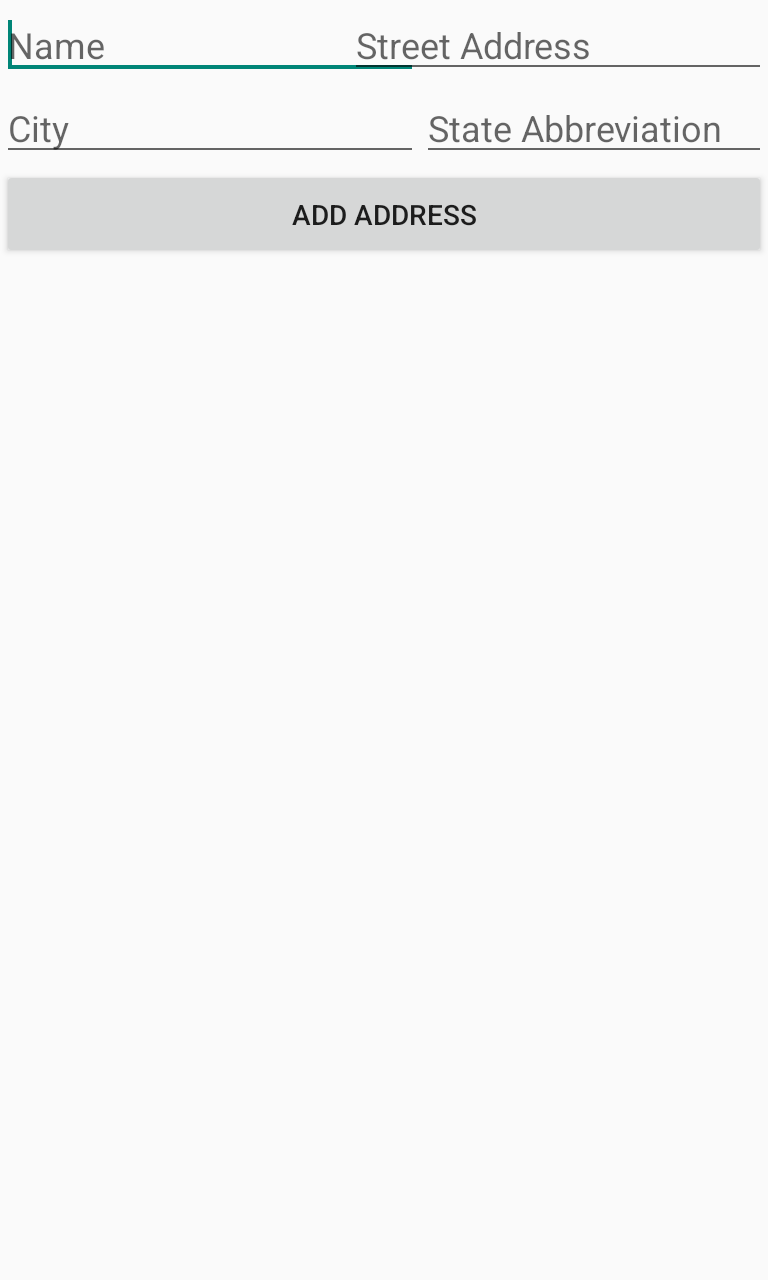
Repository: bhazenstab16/addressbookBMH
Layout: AddressBook/res/layout/activity_main.xml
These files come from the project's save history. The layout is drawn as it stood at one moment and after the next save; the edit follows.
It is drawn on a 768 x 1280 px phone screen (xhdpi) without system bars, with theme AppTheme; the app's code is not run.

Above is the layout before, as saved 2019-10-17 15:39:47.

After the next save:
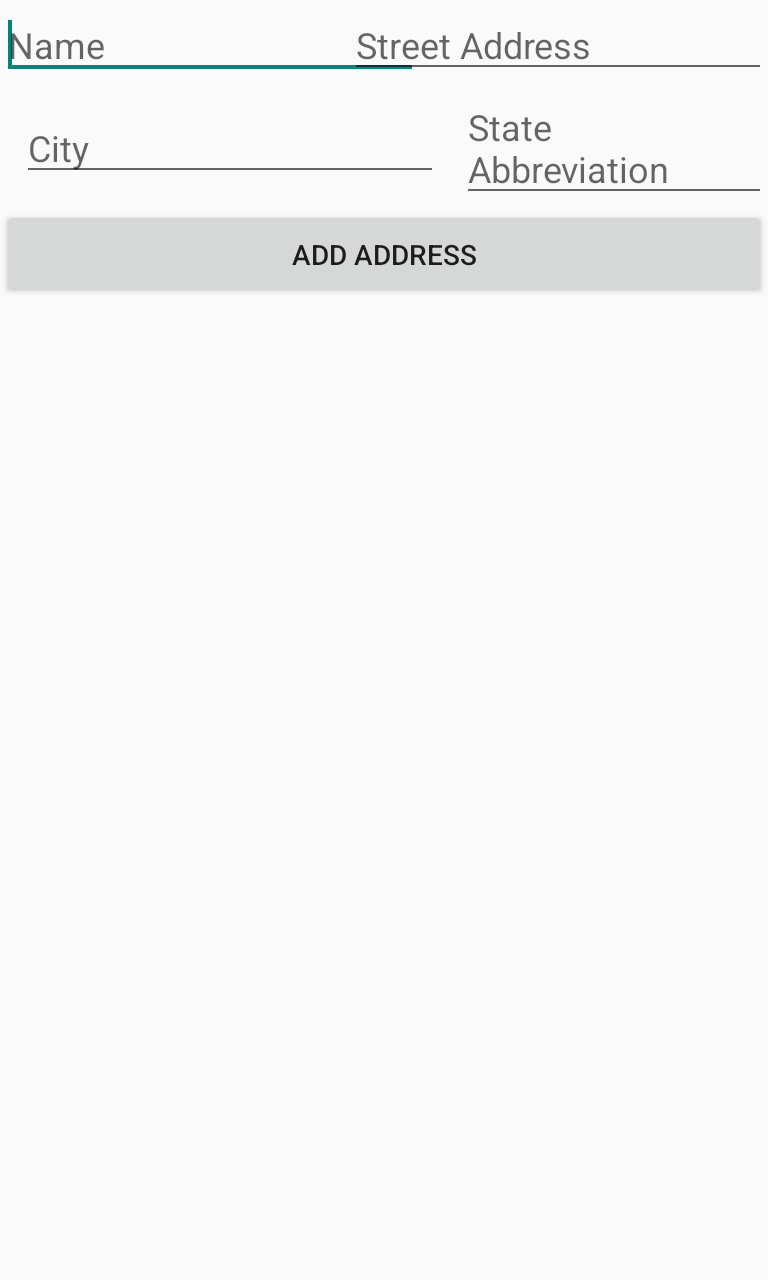
Saved 3 min 3 s later.
--- a/AddressBook/res/layout/activity_main.xml
+++ b/AddressBook/res/layout/activity_main.xml
@@ -25,6 +25,7 @@
         android:layout_height="wrap_content"
         android:layout_alignParentLeft="true"
         android:layout_below="@+id/editTextStreetAddress"
+        android:layout_margin="10dp"
         android:ems="10"
         android:hint="@string/stringHintCity" />
 

After the save that followed:
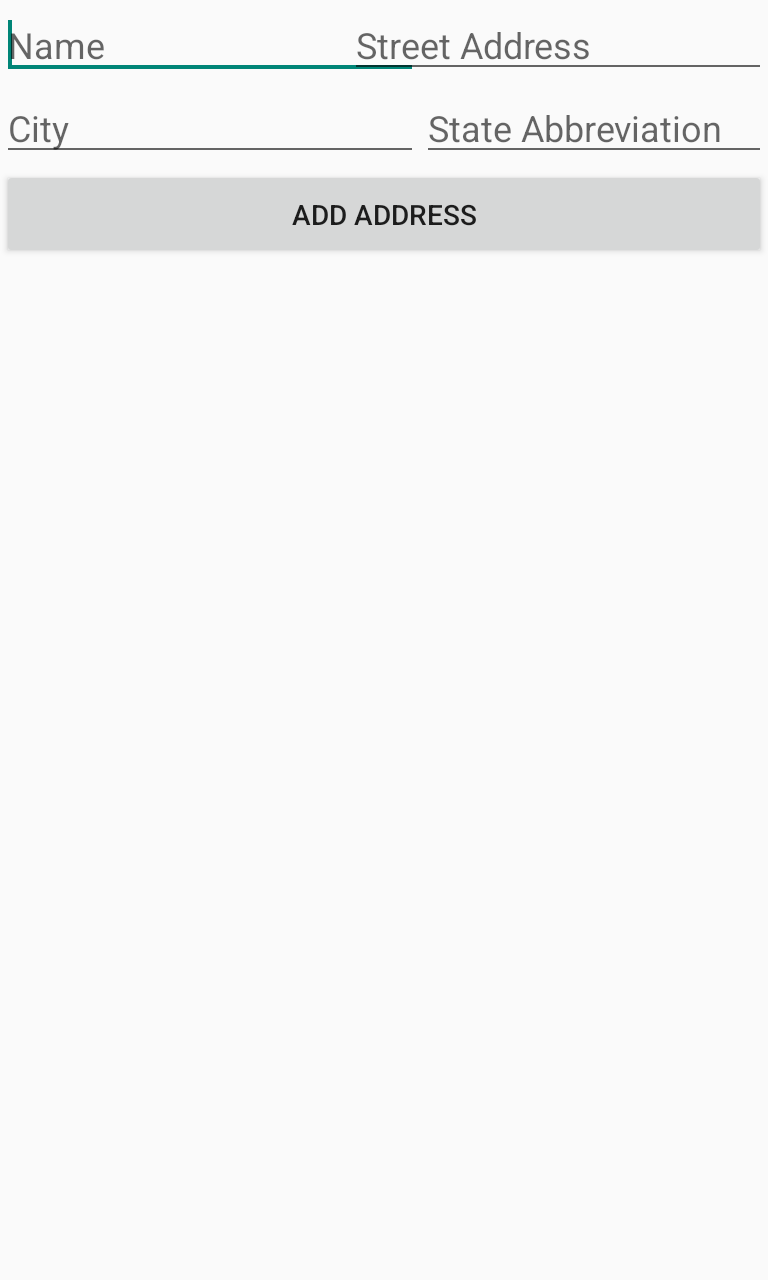
Saved 44 s later.
--- a/AddressBook/res/layout/activity_main.xml
+++ b/AddressBook/res/layout/activity_main.xml
@@ -25,7 +25,7 @@
         android:layout_height="wrap_content"
         android:layout_alignParentLeft="true"
         android:layout_below="@+id/editTextStreetAddress"
-        android:layout_margin="10dp"
+        android:layout_padding="10dp"
         android:ems="10"
         android:hint="@string/stringHintCity" />
 
